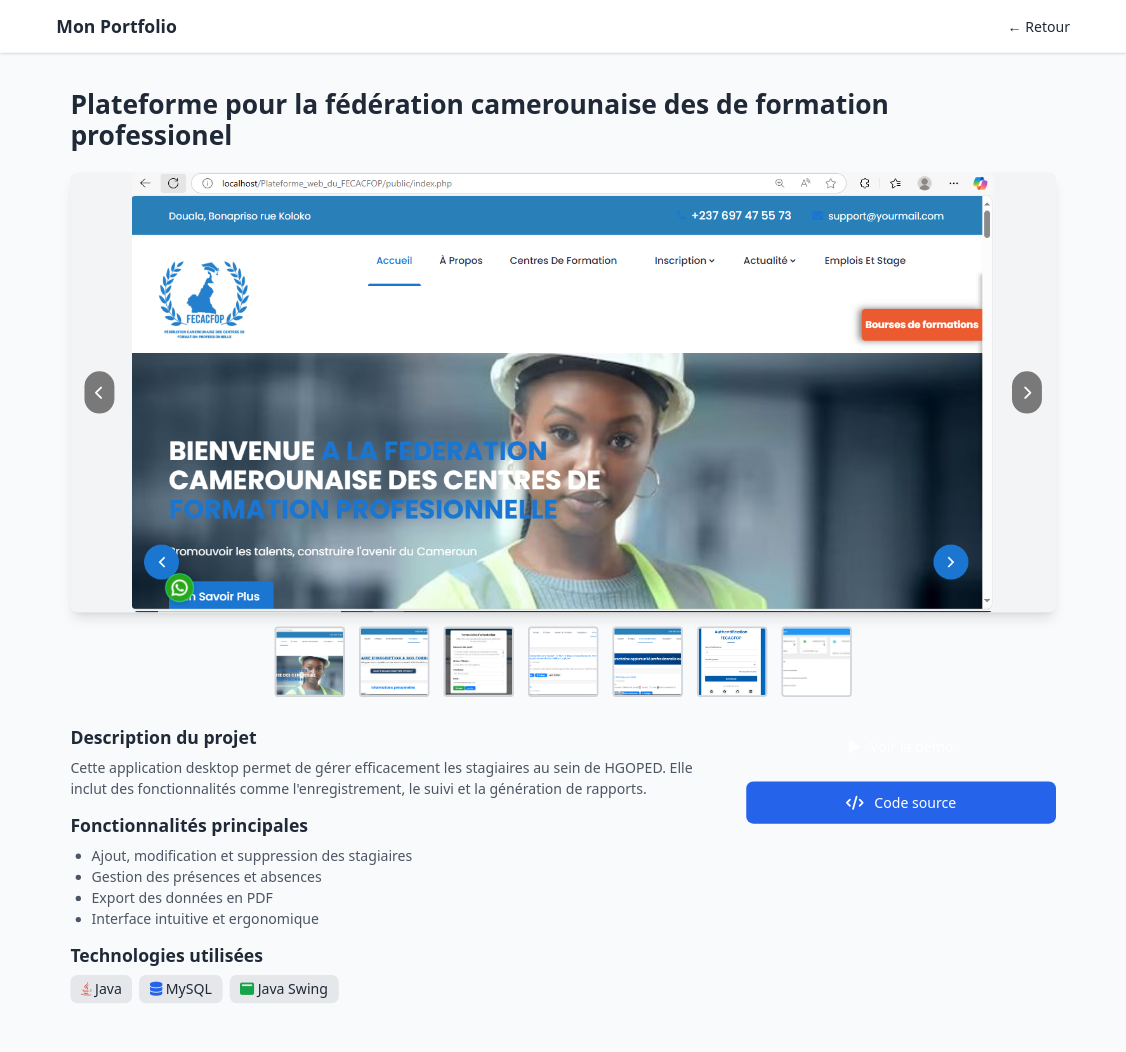
Repository: Edongo999/landry-portfolio
Page: projet-plateforme-web-FECACFOP.html
These files come from the project's save history. The page is drawn as it stood at one moment and after the next save; the edit follows.
The browser window is 1280 px wide. The pictures show the whole page, at 88% of full size.
Some web libraries are served in a nearby version.

Above is the page before, as saved 2025-09-11 06:32:27.

### projet-plateforme-web-FECACFOP.html

<!DOCTYPE html>
<html lang="fr">
<head>
  <meta charset="UTF-8" />
  <meta name="viewport" content="width=device-width, initial-scale=1.0" />
  <title>Détail du projet - Portfolio</title>
  <script src="https://cdn.tailwindcss.com"></script>
  <link rel="stylesheet" href="https://cdnjs.cloudflare.com/ajax/libs/font-awesome/6.4.0/css/all.min.css">
</head>
<body class="bg-gray-50 text-gray-800">

  <!-- Header -->
  <header class="bg-white shadow p-4 sticky top-0 z-50">
    <div class="max-w-6xl mx-auto flex justify-between items-center">
      <h1 class="text-xl font-bold">Mon Portfolio</h1>
      <a href="index.html" class="text-primary-600 hover:underline">← Retour</a>
    </div>
  </header>

  <!-- Section Détail Projet -->
  <section class="max-w-6xl mx-auto px-4 py-10">
    <h2 class="text-3xl font-bold mb-6">Plateforme pour la fédération camerounaise des de formation professionel</h2>

    <!-- Slider images/vidéos -->
    <div class="relative w-full max-h-[500px] mx-auto overflow-hidden rounded-lg shadow-lg mb-4 flex justify-center items-center bg-gray-100">
      <div id="slide-container" class="w-full flex justify-center items-center"></div>
      <button onclick="prevSlide()" class="absolute top-1/2 left-4 transform -translate-y-1/2 bg-black/50 text-white p-3 rounded-full z-10">
        <i class="fas fa-chevron-left"></i>
      </button>
      <button onclick="nextSlide()" class="absolute top-1/2 right-4 transform -translate-y-1/2 bg-black/50 text-white p-3 rounded-full z-10">
        <i class="fas fa-chevron-right"></i>
      </button>
    </div>

    <!-- Miniatures -->
    <div class="flex justify-center gap-4 mb-8">
      <img src="assets/img/FECACFOP/CaptureACCUEIL.PNG" class="w-20 h-20 object-cover cursor-pointer border-2 border-primary-600 rounded" onclick="goToSlide(0)">
      <img src="assets/img/FECACFOP/CaptureINSCRIPTION.PNG" class="w-20 h-20 object-cover cursor-pointer border-2 border-gray-300 rounded" onclick="goToSlide(1)">
      <img src="assets/img/FECACFOP/CaptureORIENTATION.PNG" class="w-20 h-20 object-cover cursor-pointer border-2 border-gray-300 rounded" onclick="goToSlide(2)">
      <img src="assets/img/FECACFOP/CaptureActualité.PNG" class="w-20 h-20 object-cover cursor-pointer border-2 border-gray-300 rounded" onclick="goToSlide(3)">
      <img src="assets/img/FECACFOP/CaptureEMPLLOI.PNG" class="w-20 h-20 object-cover cursor-pointer border-2 border-gray-300 rounded" onclick="goToSlide(4)">
      <img src="assets/img/FECACFOP/AUTHENT.PNG" class="w-20 h-20 object-cover cursor-pointer border-2 border-gray-300 rounded" onclick="goToSlide(5)">
      <img src="assets/img/FECACFOP/DASHBORD.PNG" class="w-20 h-20 object-cover cursor-pointer border-2 border-gray-300 rounded" onclick="goToSlide(6)">
      <!-- Exemple vidéo miniature -->
      <!-- <img src="assets/img/video-thumb.png" class="w-20 h-20 object-cover cursor-pointer border-2 border-gray-300 rounded" onclick="goToSlide(3)"> -->
    </div>

    <!-- Description et boutons -->
    <div class="grid grid-cols-1 md:grid-cols-3 gap-8">
      <div class="md:col-span-2">
        <h3 class="text-xl font-semibold mb-2">Description du projet</h3>
        <p class="text-gray-600 mb-4">
          Cette application desktop permet de gérer efficacement les stagiaires au sein de HGOPED.
          Elle inclut des fonctionnalités comme l'enregistrement, le suivi et la génération de rapports.
        </p>

        <h3 class="text-xl font-semibold mb-2">Fonctionnalités principales</h3>
        <ul class="list-disc pl-6 text-gray-600 mb-4">
          <li>Ajout, modification et suppression des stagiaires</li>
          <li>Gestion des présences et absences</li>
          <li>Export des données en PDF</li>
          <li>Interface intuitive et ergonomique</li>
        </ul>

        <h3 class="text-xl font-semibold mb-2">Technologies utilisées</h3>
        <div class="flex flex-wrap gap-2 mb-4">
          <span class="flex items-center gap-1 px-3 py-1 bg-gray-200 rounded-lg">
            <i class="fab fa-java text-red-600"></i> Java
          </span>
          <span class="flex items-center gap-1 px-3 py-1 bg-gray-200 rounded-lg">
            <i class="fas fa-database text-blue-600"></i> MySQL
          </span>
          <span class="flex items-center gap-1 px-3 py-1 bg-gray-200 rounded-lg">
            <i class="fas fa-window-maximize text-green-600"></i> Java Swing
          </span>
        </div>
      </div>

      <!-- Boutons -->
      <div class="space-y-4">
        <a href="projet-gestion-stagiaires.html" class="block w-full bg-primary-600 text-white py-3 rounded-lg text-center hover:bg-primary-700">
          <i class="fas fa-play mr-2"></i> Voir la démo
        </a>
        <a href="https://github.com/toncompte/nom-du-projet" target="_blank" class="block w-full bg-blue-600 text-white py-3 rounded-lg text-center hover:bg-blue-700">
          <i class="fas fa-code mr-2"></i> Code source
        </a>
      </div>
    </div>
  </section>

<script>
  const slides = [
    { type: 'image', src: "assets/img/FECACFOP/CaptureACCUEIL.PNG" },
    { type: 'image', src: "assets/img/FECACFOP/CaptureINSCRIPTION.PNG" },
    { type: 'image', src: "assets/img/FECACFOP/CaptureORIENTATION.PNG" },
    { type: 'image', src: "assets/img/FECACFOP/CaptureActualité.PNG" },
    { type: 'image', src: "assets/img/FECACFOP/CaptureEMPLLOI.PNG" },
    { type: 'image', src: "assets/img/FECACFOP/AUTHENT.PNG" },
    { type: 'image', src: "assets/img/FECACFOP/DASHBORD.PNG" },
    // { type: 'video', src: "assets/video/demo.mp4" } // Exemple vidéo
  ];
  let index = 0;
  let slideInterval;
  let userInteracting = false;

  const container = document.getElementById("slide-container");

  function showSlide() {
    container.innerHTML = '';
    const slide = slides[index];
    if(slide.type === 'image'){
      const img = document.createElement("img");
      img.src = slide.src;
      img.alt = "Capture du projet";
      img.className = "w-auto max-h-[500px] object-contain rounded-lg transition-all duration-700";
      container.appendChild(img);
    } else if(slide.type === 'video'){
      const video = document.createElement("video");
      video.src = slide.src;
      video.controls = true;
      video.autoplay = true;
      video.className = "w-auto max-h-[500px] object-contain rounded-lg transition-all duration-700";
      container.appendChild(video);
    }

    // Mise à jour des miniatures
    const thumbs = document.querySelectorAll('.flex.justify-center img');
    thumbs.forEach((img, i) => {
      img.classList.toggle('border-primary-600', i === index);
      img.classList.toggle('border-gray-300', i !== index);
    });
  }

  function nextSlide() { index = (index + 1) % slides.length; showSlide(); }
  function prevSlide() { index = (index - 1 + slides.length) % slides.length; showSlide(); }
  function goToSlide(i){ index = i; showSlide(); }

  function startAutoSlide() {
    slideInterval = setInterval(()=>{ if(!userInteracting) nextSlide(); }, 20000);
  }

  function stopAutoSlide(){ clearInterval(slideInterval); }

  const slideWrapper = document.querySelector('.relative');
  const thumbnails = document.querySelectorAll('.flex.justify-center img');

  slideWrapper.addEventListener('mouseenter', () => userInteracting = true);
  slideWrapper.addEventListener('mouseleave', () => userInteracting = false);

  thumbnails.forEach((thumb, i)=>{
    thumb.addEventListener('click', ()=>{
      userInteracting = true;
      goToSlide(i);
      setTimeout(()=> userInteracting=false,2000);
    });
  });

  document.querySelector('.absolute.left-4').addEventListener('click', ()=>{
    userInteracting=true;
    prevSlide();
    setTimeout(()=> userInteracting=false,2000);
  });
  document.querySelector('.absolute.right-4').addEventListener('click', ()=>{
    userInteracting=true;
    nextSlide();
    setTimeout(()=> userInteracting=false,2000);
  });

  showSlide();
  startAutoSlide();
</script>
</body>
</html>

After the next save:
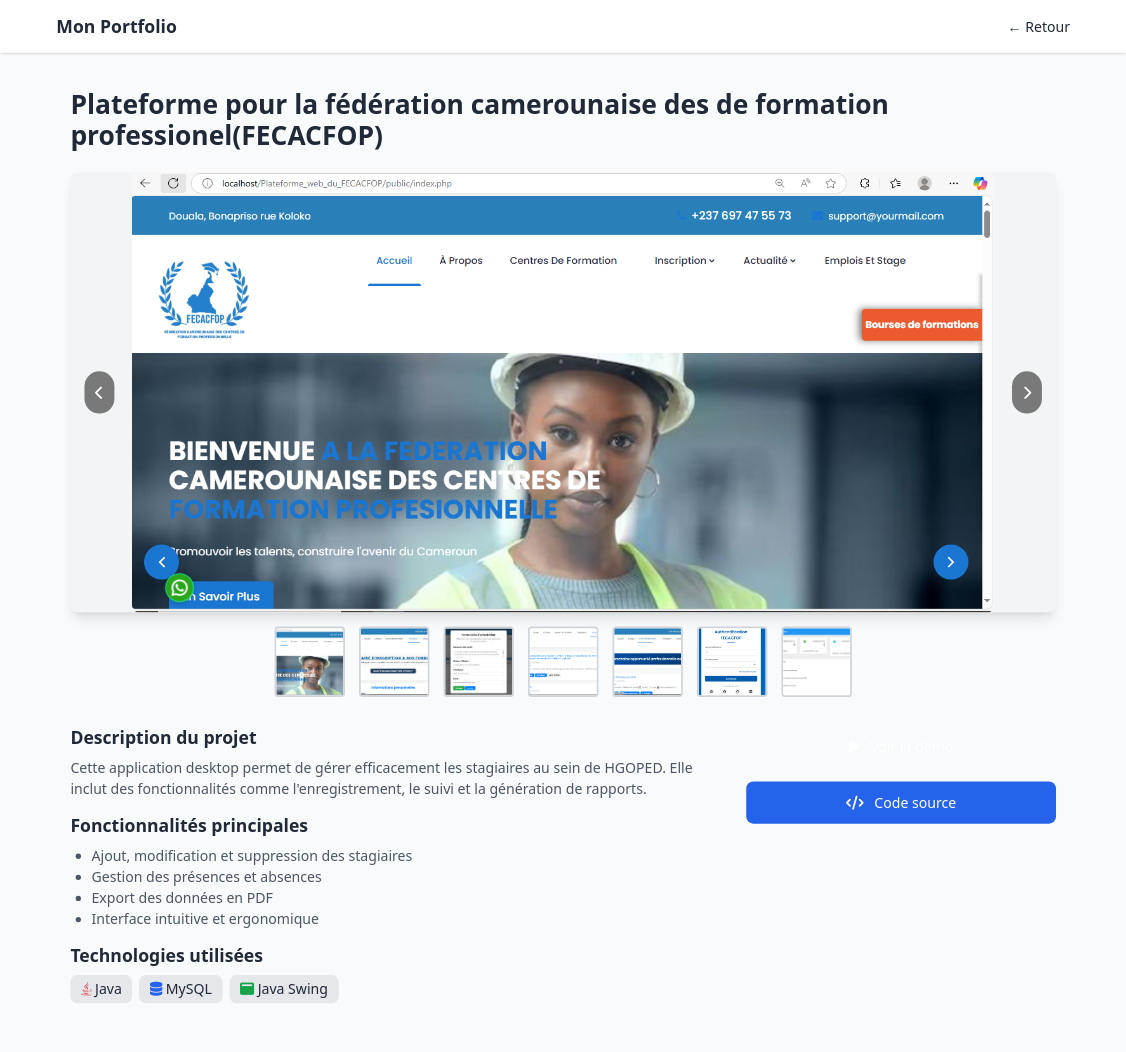
Saved 61 s later.
--- a/projet-plateforme-web-FECACFOP.html
+++ b/projet-plateforme-web-FECACFOP.html
@@ -20,7 +20,7 @@
 
   <!-- Section Détail Projet -->
   <section class="max-w-6xl mx-auto px-4 py-10">
-    <h2 class="text-3xl font-bold mb-6">Plateforme pour la fédération camerounaise des de formation professionel</h2>
+    <h2 class="text-3xl font-bold mb-6">Plateforme pour la fédération camerounaise des de formation professionel(FECACFOP)</h2>
 
     <!-- Slider images/vidéos -->
     <div class="relative w-full max-h-[500px] mx-auto overflow-hidden rounded-lg shadow-lg mb-4 flex justify-center items-center bg-gray-100">
